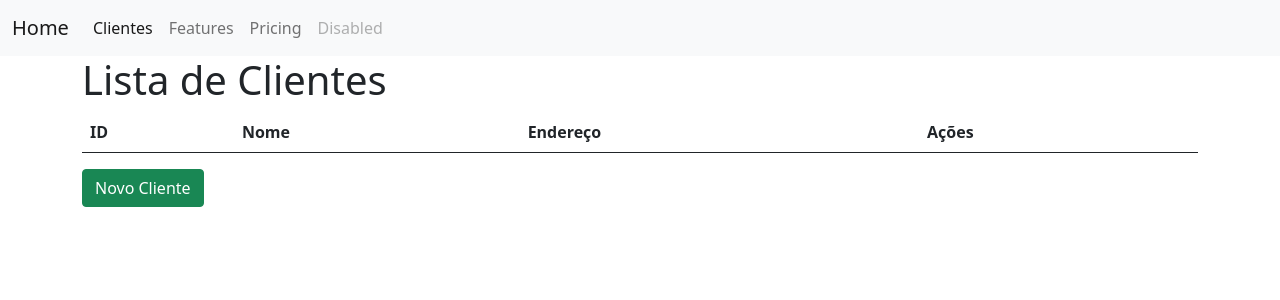
Repository: Luckycaat/eloquent-ORM
Page: http://localhost/clients
The author's editor kept a copy of each file at every save. The page is drawn from the files as they stood at one save, then again after the next save.
The browser window is 1280 px wide. The pictures show the whole page.
The page is served by the project's Laravel application, run on PHP 8.4 with Laravel 9. Queries for data that is not in the repository find no rows.

Above is the page before, as saved 2022-09-20 16:33:56.

After the next save:
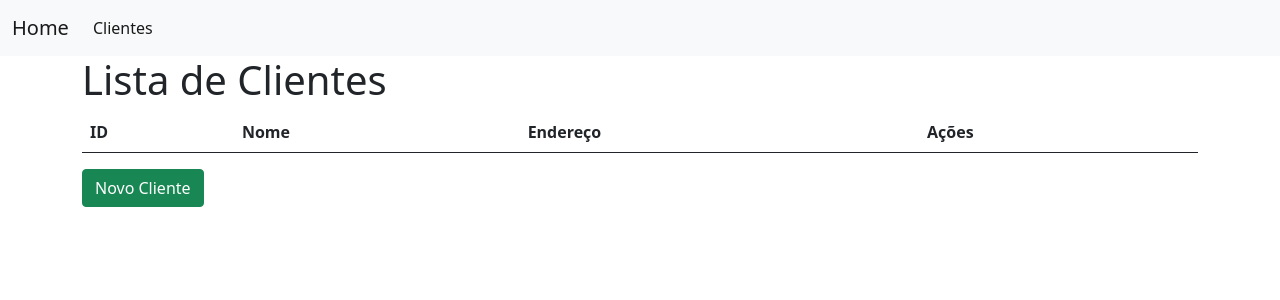
Saved 5 s later.
--- a/resources/views/app.blade.php
+++ b/resources/views/app.blade.php
@@ -26,15 +26,6 @@
                     <li class="nav-item">
                         <a class="nav-link active" aria-current="page" href="#">Clientes</a>
                     </li>
-                    <li class="nav-item">
-                        <a class="nav-link" href="#">Features</a>
-                    </li>
-                    <li class="nav-item">
-                        <a class="nav-link" href="#">Pricing</a>
-                    </li>
-                    <li class="nav-item">
-                        <a class="nav-link disabled" href="#" tabindex="-1" aria-disabled="true">Disabled</a>
-                    </li>
                 </ul>
             </div>
         </div>
